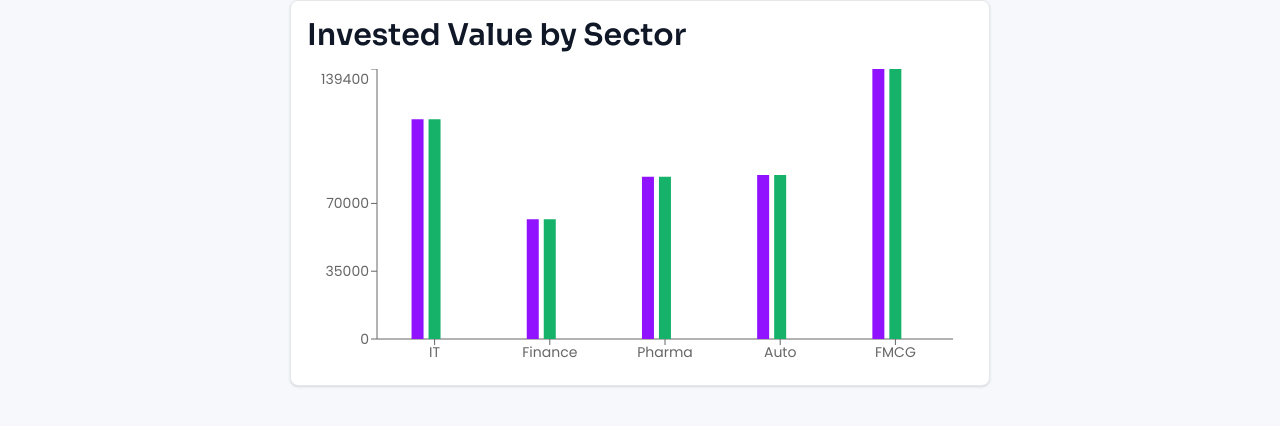
Repository: jabir12-12/inten-project
Page: /components/barchart
These files come from the project's save history. The page is drawn as it stood at one moment and after the next save; the edit follows.
The browser window is 1280 px wide. The pictures show the whole page.
The page's requests for data from a server got no answer. The project was rebuilt for these pictures with package versions that can differ from the ones it lists, and the page was loaded fresh each time. The framework's server and built-in components were replaced by stand-ins that run in the browser. No one was signed in, and anything a server would have sent is missing. Also part of the build but not shown: next.config.ts.

Above is the page before, as saved 2025-05-17 23:33:22.

### src/pages/_app.tsx
import "@/styles/globals.css";
import type { AppProps } from "next/app"

export default function App({ Component, pageProps }: AppProps) {
  return <Component {...pageProps} />;
}

### src/pages/components/barchart.tsx
import React, { useEffect, useState } from 'react';
import {
    Bar,
    BarChart,
    CartesianGrid,
    Cell,
    Legend,
    ResponsiveContainer,
    Tooltip,
    XAxis,
    YAxis,
} from "recharts";

interface StockData {
    symbol: string;
    category: string;
    purchasePrice: number;
    quantity: number;
    cmp: number;  // current market price
}

const BASE_STOCKS = [
    { symbol: 'INFY.NS', category: 'IT', purchasePrice: 1650, quantity: 20 },
    { symbol: 'TCS.NS', category: 'IT', purchasePrice: 3800, quantity: 10 },
    { symbol: 'HCLTECH.NS', category: 'IT', purchasePrice: 1700, quantity: 25 },

    { symbol: 'HDFCBANK.NS', category: 'Finance', purchasePrice: 1500, quantity: 15 },
    { symbol: 'ICICIBANK.NS', category: 'Finance', purchasePrice: 750, quantity: 30 },
    { symbol: 'SBIN.NS', category: 'Finance', purchasePrice: 420, quantity: 40 },

    { symbol: 'SUNPHARMA.NS', category: 'Pharma', purchasePrice: 950, quantity: 18 },
    { symbol: 'DIVISLAB.NS', category: 'Pharma', purchasePrice: 4800, quantity: 10 },
    { symbol: 'CIPLA.NS', category: 'Pharma', purchasePrice: 850, quantity: 22 },

    { symbol: 'TATAMOTORS.NS', category: 'Auto', purchasePrice: 350, quantity: 50 },
    { symbol: 'BAJAJ-AUTO.NS', category: 'Auto', purchasePrice: 4200, quantity: 8 },
    { symbol: 'EICHERMOT.NS', category: 'Auto', purchasePrice: 2800, quantity: 12 },

    { symbol: 'HINDUNILVR.NS', category: 'FMCG', purchasePrice: 2500, quantity: 14 },
    { symbol: 'ITC.NS', category: 'FMCG', purchasePrice: 240, quantity: 60 },
    { symbol: 'NESTLEIND.NS', category: 'FMCG', purchasePrice: 18000, quantity: 5 },
];

// Helper to aggregate by category for chart
function aggregateByCategory(stocks: StockData[]) {
    const categoryMap: Record<string, { invested: number; current: number }> = {};

    stocks.forEach(({ category, purchasePrice, quantity, cmp }) => {
        if (!categoryMap[category]) {
            categoryMap[category] = { invested: 0, current: 0 };
        }
        categoryMap[category].invested += purchasePrice * quantity;
        categoryMap[category].current += cmp * quantity;
    });

    return Object.entries(categoryMap).map(([name, values]) => {
        const gainLoss = values.current - values.invested;
        return {
            name,
            invested: values.invested,
            current: values.current,
            gainLoss,
        };
    });

}

export default function BarChartComponent() {
    const [stocks, setStocks] = useState<StockData[]>([]);
    const [loading, setLoading] = useState(true);

    useEffect(() => {
        async function fetchData() {
            try {
                const res = await fetch('/api/route'); // Replace with your actual API route URL
                const json = await res.json();

                if (json.success) {
                    // Map cmp prices by symbol
                    const pricesMap: Record<string, number> = {};
                    json.data.forEach((stock: { symbol: string; cmp: number }) => {
                        pricesMap[stock.symbol] = stock.cmp;
                    });

                    // Merge cmp prices into base stocks
                    const updatedStocks: StockData[] = BASE_STOCKS.map(stock => ({
                        ...stock,
                        cmp: pricesMap[stock.symbol] ?? stock.purchasePrice,
                    }));

                    setStocks(updatedStocks);
                } else {
                    console.error("Failed to load stock prices:", json.error);
                    // Fallback to purchasePrice if API fails
                    const fallbackStocks = BASE_STOCKS.map(stock => ({
                        ...stock,
                        cmp: stock.purchasePrice,
                    }));
                    setStocks(fallbackStocks);
                }
            } catch (err) {
                console.error("Error fetching stock prices:", err);
                // Fallback to purchasePrice on error
                const fallbackStocks = BASE_STOCKS.map(stock => ({
                    ...stock,
                    cmp: stock.purchasePrice,
                }));
                setStocks(fallbackStocks);
            } finally {
                setLoading(false);
            }
        }

        fetchData();
    }, []);

    if (loading) return <div>Loading stock data...</div>;

    const barChartData = aggregateByCategory(stocks);

    return (
        <div className="flex flex-col gap-4 border border-gray-200 rounded-lg p-4 bg-white shadow-sm max-w-full w-full sm:w-[90vw] md:w-[600px] lg:w-[700px] mx-auto">
            <h1 className="text-gray-900 font-semibold text-xl sm:text-2xl md:text-3xl">
                Invested Value by Sector
            </h1>

            <ResponsiveContainer width="100%" height={300}>
                <BarChart
                    data={barChartData}
                    barGap={5}
                    barCategoryGap="30%"
                    margin={{ right: 20, left: 10 }}
                >
                    <CartesianGrid strokeDasharray="3 3" horizontal={false} vertical={false} />
                    <XAxis
                        dataKey="name"
                        fontFamily="poppins"
                        fontSize={14}
                        fontWeight={400}
                        fill="#667085"
                        interval="preserveStartEnd"
                    />
                    <YAxis
                        domain={[0, 'dataMax']}
                        fontFamily="poppins"
                        fontSize={14}
                        fontWeight={400}
                        fill="#667085"
                    />
                    <Tooltip
                        cursor={false}
                        isAnimationActive={true}
                        content={({ active, payload, label }) => {
                            if (!active || !payload || payload.length === 0) return null;

                            const invested = Number(payload.find(p => p.dataKey === 'invested')?.value) || 0;
                            const current = Number(payload.find(p => p.dataKey === 'current')?.value) || 0;
                            const gainLoss = Math.abs(current - invested);
                            const gainLossColor = current >= invested ? "#17B26A" : "#F04438";

                            return (
                                <div style={{ backgroundColor: 'white', padding: 10, border: '1px solid #ccc' }}>
                                    <p style={{ marginBottom: 8, fontWeight: 'bold' }}>{label}</p>
                                    <p style={{ color: '#9012FF' }}>
                                        Invested: ₹{invested.toLocaleString("en-IN")}
                                    </p>
                                    <p style={{ color: gainLossColor }}>
                                        Current: ₹{current.toLocaleString("en-IN")}
                                    </p>
                                    <p style={{ color: gainLossColor }}>
                                        Gain/Loss: ₹{gainLoss.toLocaleString("en-IN")}
                                    </p>
                                </div>
                            );
                        }}
                    />
                    <Legend wrapperStyle={{ display: 'none' }} />
                    <Bar dataKey="invested" name="Invested" fill="#9012FF" />
                    <Bar dataKey="current" name="Current" fill="#17B26A" />
                    <Bar
                        dataKey="gainLoss"
                        name="Gain/Loss"
                        fill="#17B26A" // default green, but we will override per bar below
                    >
                        {
                            barChartData.map((entry, index) => (
                                <Cell
                                    key={`cell-${index}`}
                                    fill={entry.gainLoss >= 0 ? "#17B26A" : "#F04438"}
                                />
                            ))
                        }
                    </Bar>

                </BarChart>
            </ResponsiveContainer>
        </div>
    );
}

### src/styles/globals.css
@import url('https://fonts.googleapis.com/css2?family=Poppins:wght@400;500;600&family=Inter:wght@400;500;600&family=Sora:wght@400;500;600;700;800&display=swap');
@import url('https://fonts.googleapis.com/css2?family=Inter:wght@400;700&display=swap');

@import "tailwindcss";

body {
  background-color: #f7f8fb;
  margin: 0;
  padding: 0;
  font-family: 'Poppins', sans-serif;
  justify-content: center;
  align-items: center;
  height: 100vh;
}

.video-js .vjs-playback-rate {
  font-size: 10px;
  transform: translateY(12px);
  /* Moves the button down by 10px */

}

.heading .head {
  font-family: 'Sora', sans-serif;
  font-size: 24px;
  /* Example size */
  font-weight: 700;
}

/* Example for other headings if needed */
h1,
h2,
h3,
h4,
h5,
h6 {
  font-family: 'Sora', sans-serif;
}

h3 {
  font-size: 18px;
  font-weight: 600;
}

/* Ensure that other text elements use Poppins */
p,
span,
div {
  font-family: 'Poppins', sans-serif;
}

.button {
  outline: none;
}

/* Custom scrollbar styles */

::-webkit-scrollbar {
  width: 7px;
  height: 7px;
}

::-webkit-scrollbar-thumb {
  background-color: rgba(234, 236, 240, 1);
  ;

  border-radius: 100px;
}

::-webkit-scrollbar-track {
  background: "white";

}

/* THIS IS FOR TEXT-EDITOR IN DISSCUSSION TAB --------------------------*/
.custom-quill .ql-container {
  border: none !important;
  /* Remove the border from the container */
}

.custom-quill .ql-editor {
  border: none !important;
  /* Ensure no border around the editor */
}

.custom-quill:focus {
  outline: none;
  /* Remove outline on focus */
}

.custom-quill .ql-editor {
  font-size: 16px;
  /* Set text size to 16px */
  font-family: 'Poppins', sans-serif;
  font-style: normal;
  /* Use the Poppins font */

}

.custom-quill .ql-editor:empty::before {

  /* Show placeholder */
  color: #667085;
  /* Placeholder color */
  font-family: 'Poppins', sans-serif;
  font-style: normal;
  /* Poppins font for placeholder */
  font-size: 16px;
  /* Placeholder size */
  position: absolute;
  /* Position it absolutely */
  left: 10px;
  /* Adjust according to your padding */
  top: 10px;
  /* Adjust according to your padding */
  pointer-events: none;
  /* Prevent interaction */
}

.custom-quill .ql-editor:focus::before {
  display: none;
  /* Hide placeholder on focus */
}

/* -------------------------------------------------- */
/* FOR TOOLTIP FOR TEST PAGE ONLY ->learn Tab */


.tooltipText {
  position: absolute;
  color: white;
  bottom: 125%;
  /* Position above the button */
  left: 50%;
  /* Center horizontally */
  transform: translateX(-50%);
  /* Adjust to center the tooltip */

  z-index: 3;
  background-color: #131313;
  box-shadow: 0 5px 10px rgba(0, 0, 0, 0.3);
  padding: 6px 14px;
  /* Padding inside the tooltip */
  width: 204px;
  /* Fixed width */
  height: auto;
  /* Hug content (height grows with content) */
  min-height: 78px;
  /* Minimum height */
  font-size: 15px;
  font-weight: 400;
  border-radius: 5px;
  white-space: normal;
  /* Allow text wrapping for longer content */
  opacity: 0;
  pointer-events: none;
  transition: all 0.4s ease;
}

.tooltip:hover .tooltipText {
  opacity: 1;
  pointer-events: auto;
  transform: translate(-50%, -10px);
  /* Move tooltip slightly up on hover */
}

.drawer-overlay {
  background-color: transparent !important;
  /* Makes the overlay transparent */
}

/* magic.module.css */
.customCheckbox input[type="checkbox"]:checked {
  background-color: #9012FF;
  border-color: #9012FF;
}

/* Add this to your global CSS file */
.ql-container .ql-editor img {
  cursor: pointer;
}

.image-resizer {
  border: 1px dashed #999;
  position: absolute;
}

.image-resizer .resize-handle {
  background-color: #fff;
  border: 1px solid #999;
  height: 8px;
  width: 8px;
  position: absolute;
}

.image-resizer .resize-handle.se {
  bottom: -5px;
  right: -5px;
  cursor: se-resize;
}

.image-resizer .resize-handle.sw {
  bottom: -5px;
  left: -5px;
  cursor: sw-resize;
}

.image-resizer .resize-handle.ne {
  top: -5px;
  right: -5px;
  cursor: ne-resize;
}

.image-resizer .resize-handle.nw {
  top: -5px;
  left: -5px;
  cursor: nw-resize;
}


@layer base {
  :root {
    --radius: 0.5rem;
    --chart-1: 12 76% 61%;
    --chart-2: 173 58% 39%;
    --chart-3: 197 37% 24%;
    --chart-4: 43 74% 66%;
    --chart-5: 27 87% 67%;
  }

  .dark {
    --chart-1: 220 70% 50%;
    --chart-2: 160 60% 45%;
    --chart-3: 30 80% 55%;
    --chart-4: 280 65% 60%;
    --chart-5: 340 75% 55%;
  }
}

Loaded but not shown: src/pages/_document.tsx (common file)

After the next save:
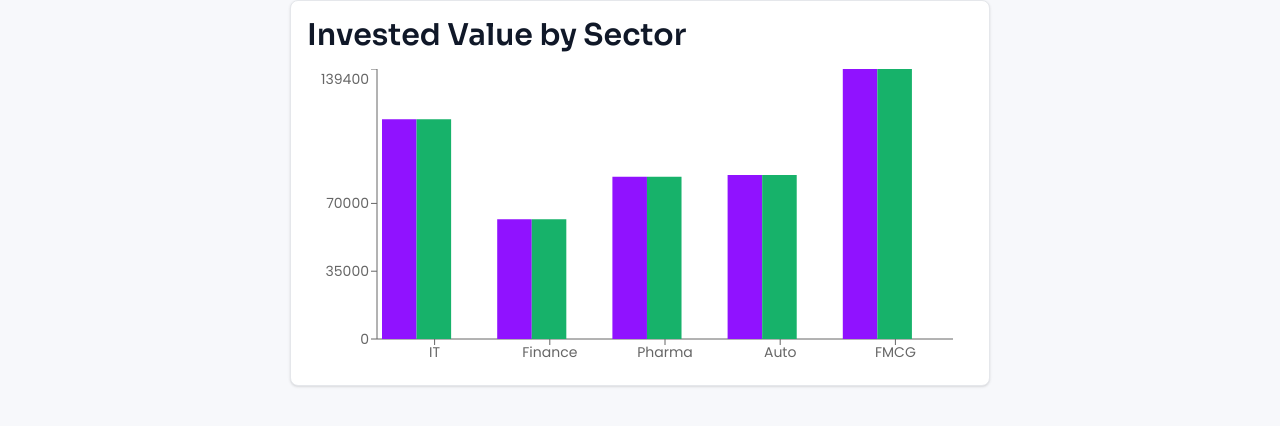
Saved 2 min 2 s later.
--- a/src/pages/components/barchart.tsx
+++ b/src/pages/components/barchart.tsx
@@ -175,22 +175,14 @@ export default function BarChartComponent() {
                         }}
                     />
                     <Legend wrapperStyle={{ display: 'none' }} />
-                    <Bar dataKey="invested" name="Invested" fill="#9012FF" />
-                    <Bar dataKey="current" name="Current" fill="#17B26A" />
-                    <Bar
-                        dataKey="gainLoss"
-                        name="Gain/Loss"
-                        fill="#17B26A" // default green, but we will override per bar below
-                    >
-                        {
-                            barChartData.map((entry, index) => (
-                                <Cell
-                                    key={`cell-${index}`}
-                                    fill={entry.gainLoss >= 0 ? "#17B26A" : "#F04438"}
-                                />
-                            ))
-                        }
+                    <Bar dataKey="invested" name="Invested" fill="#9012FF" barSize={40} />
+                    <Bar dataKey="current" name="Current" fill="#17B26A" barSize={40} />
+                    <Bar dataKey="gainLoss" name="Gain/Loss" barSize={40}>
+                        {barChartData.map((entry, index) => (
+                            <Cell key={`cell-${index}`} fill={entry.gainLoss >= 0 ? "#17B26A" : "#F04438"} />
+                        ))}
                     </Bar>
+
 
                 </BarChart>
             </ResponsiveContainer>
